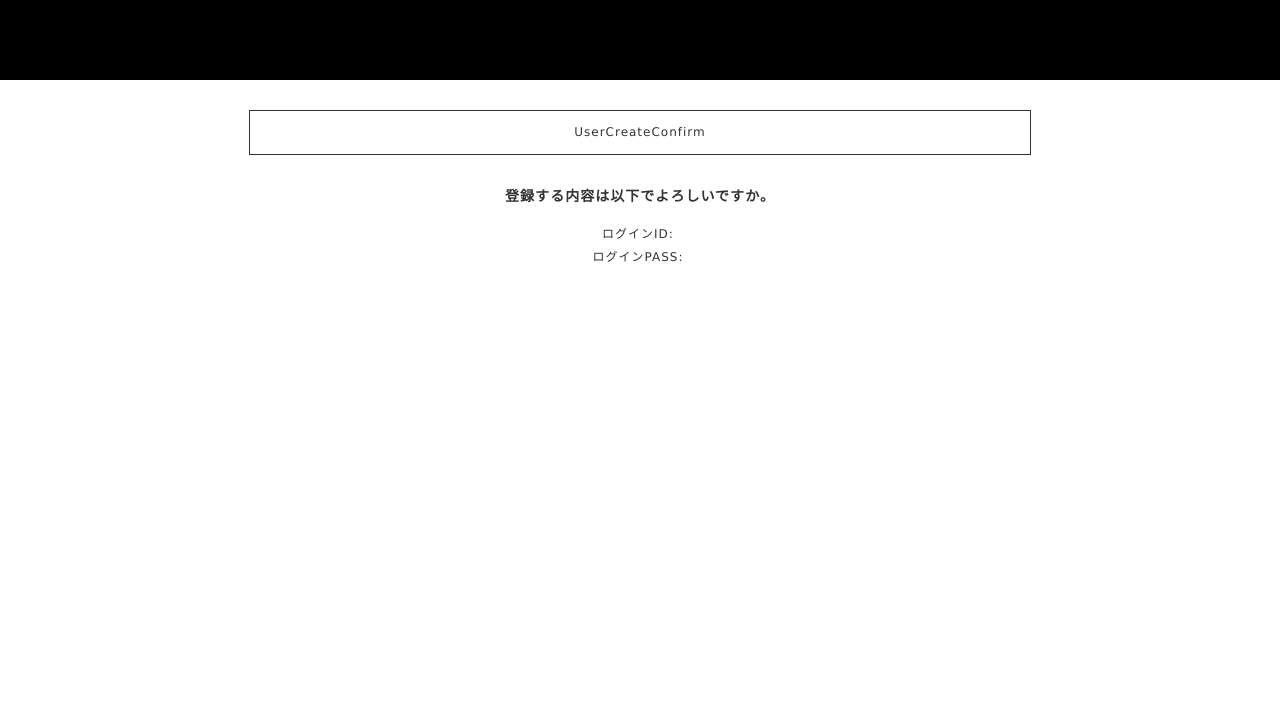
Repository: user-yo-yo/test
Page: http://localhost/ecsite/userCreateConfirm.jsp
The author's editor kept a copy of each file at every save. The page is drawn from the files as they stood at one save, then again after the next save.
The browser window is 1280 px wide. The pictures show the whole page.
The page is served by Tomcat 9. Other server files are loaded and not shown.

Above is the page before, as saved 2019-03-08 05:21:02.

### ecsite/WebContent/userCreateConfirm.jsp
<%@ page language="java" contentType="text/html; charset=UTF-8"
    pageEncoding="UTF-8"%>
<%@ taglib prefix="s" uri="/struts-tags"%>
<!DOCTYPE html>
<html>
<head>
<meta http-equiv="Content-Type" content="text/html; charset=UTF-8" />
<meta http-equiv="Content-Style-Type" content="text/css" />
<meta http-equiv="Content-Script-Type" content="text/javascript" />
<meta http-equiv="imagetoolbar" content="no" />
<meta name="description" content="" />
<meta name="keywords" content="" />
<title>UserCreateConfirm画面</title>

<style type="text/css">
/* ========TAG LAYOUT======== */
body{
	margin:0;
	padding:0;
	line-height:1.6;
	letter-spacing:1px;
	font-family:Verdana,Helvetica,sans-serif;
	font-size:12px;
	color:#333;
	background:#fff;
}

table{
	text-align:center;
	margin:0 auto;
}

/* ========ID LAYOUT======== */
#top{
	width:780px;
	margin:30px auto;
	border:1px solid #333;
}

#header{
	width:100%;
	height:80px;
	background-color:black;
}

#main{
	width:100%;
	height:500px;
	text-align:center;
}

#footer{
	width:100%;
	height:80px;
	background-color:black;
	clear:both;
}

#text-center{
	display:inline-block;
	text-align:center;
}

</style>

</head>
<body>
	<div id="header">
		<div id="pr">
		</div>
	</div>
	<div id="main">
		<div id="top">
			<p>UserCreateConfirm</p>
		</div>
		<div>
			<h3>登録する内容は以下でよろしいですか。</h3>
			<table>
				<s:form action="UserCreateCompleteAction">
					<tr id="box">
						<td>
							<label>ログインID:</label>
						</td>
						<td>
							<s:property value="loginUserId" escape="false" />
						</td>
					</tr>
					<tr id="box">
						<td>
							<label>ログインPASS:</label>
						</td>
						<td>
							<s:property value="loginPassword" escape="false" />
						</td>
					</tr>
				</s:form>
			</table>
		</div>
	</div>
</body>
</html>

After the next save:
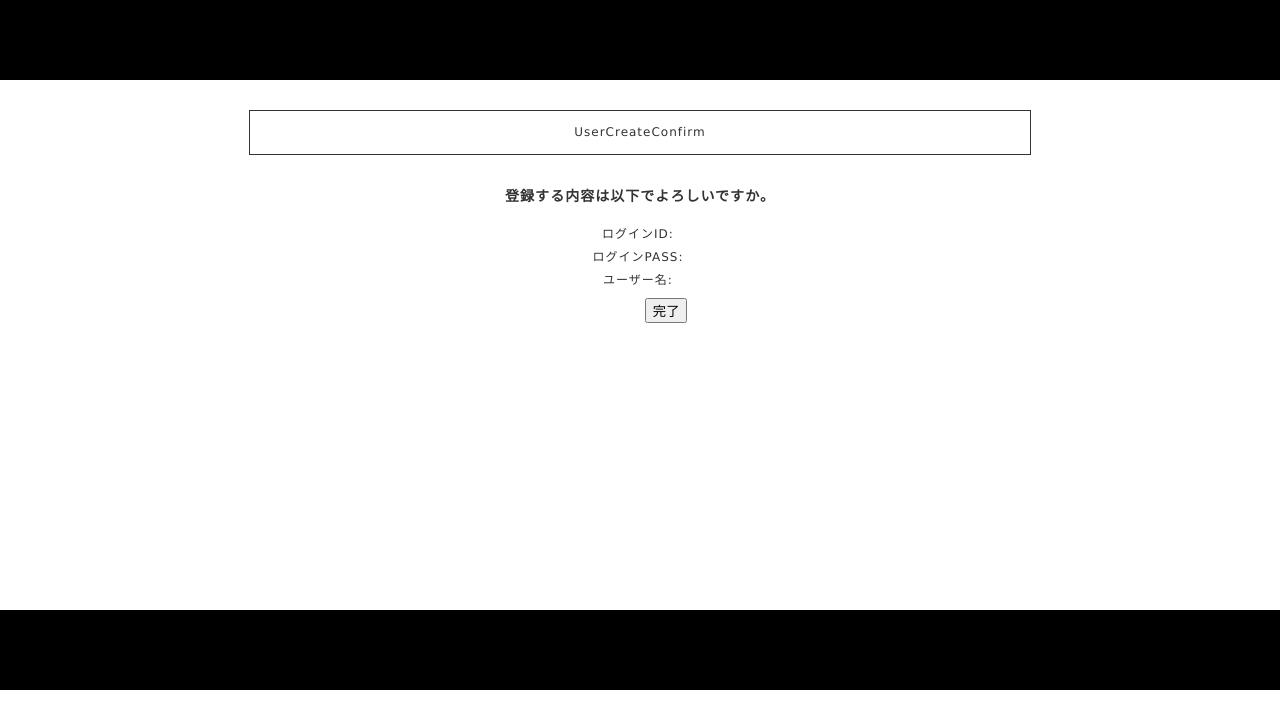
Saved 96 s later.
--- a/ecsite/WebContent/userCreateConfirm.jsp
+++ b/ecsite/WebContent/userCreateConfirm.jsp
@@ -93,9 +93,26 @@
 							<s:property value="loginPassword" escape="false" />
 						</td>
 					</tr>
+					<tr id="box">
+						<td>
+							<label>ユーザー名:</label>
+						</td>
+						<td>
+							<s:property value="userName" escape="false" />
+						</td>
+					</tr>
+					<tr>
+						<td>
+							<s:submit value="完了" />
+						</td>
+					</tr>
 				</s:form>
 			</table>
 		</div>
 	</div>
+	<div id="footer">
+		<div id="pr">
+		</div>
+	</div>
 </body>
 </html>
